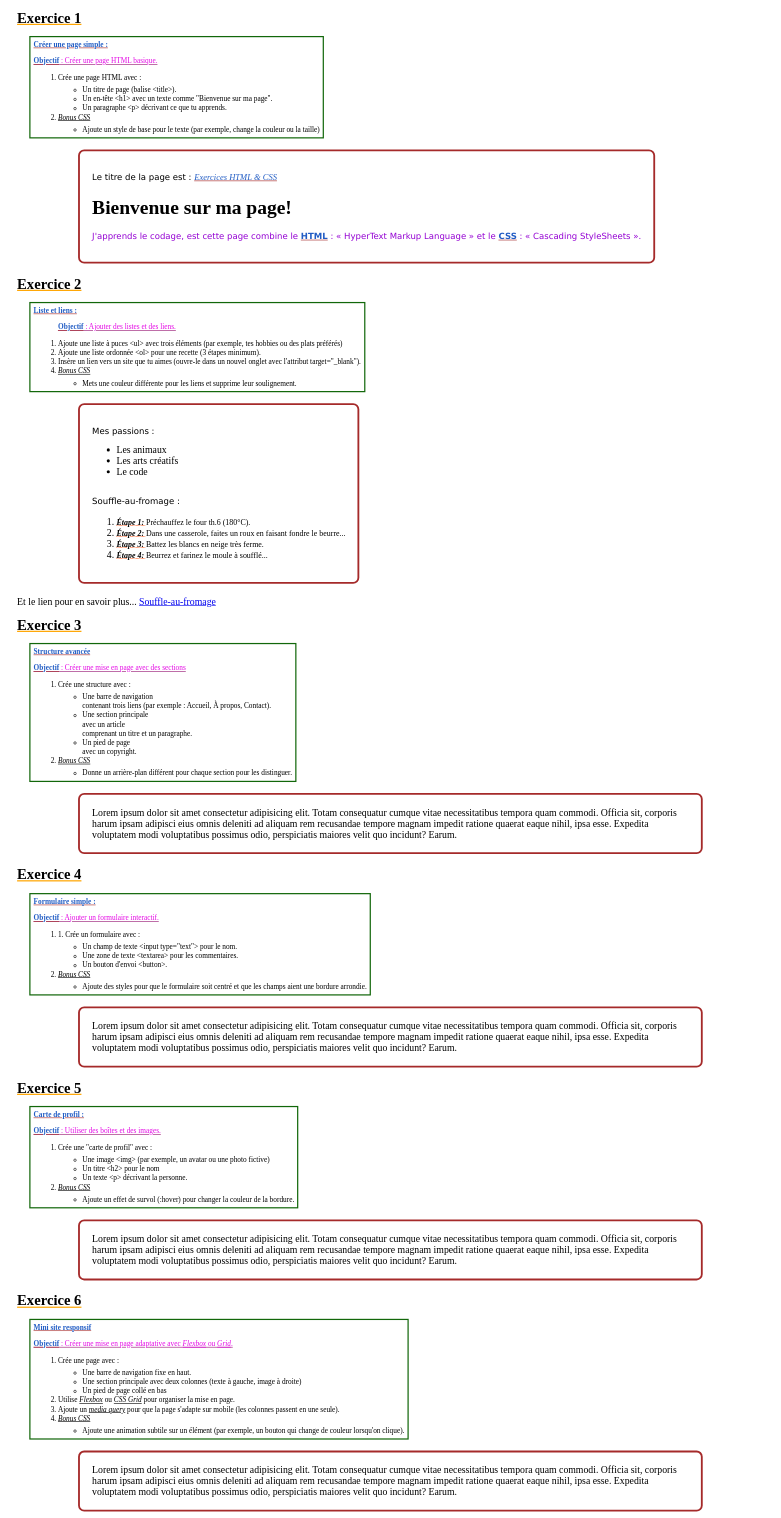
Repository: AnnaSpirit/Mimo_App
Page: Exercices_HTML&CSS.html
These files come from the project's save history. The page is drawn as it stood at one moment and after the next save; the edit follows.
The browser window is 1280 px wide. The pictures show the whole page, at 61% of full size.

Above is the page before, as saved 2024-12-08 15:53:34.

After the next save:
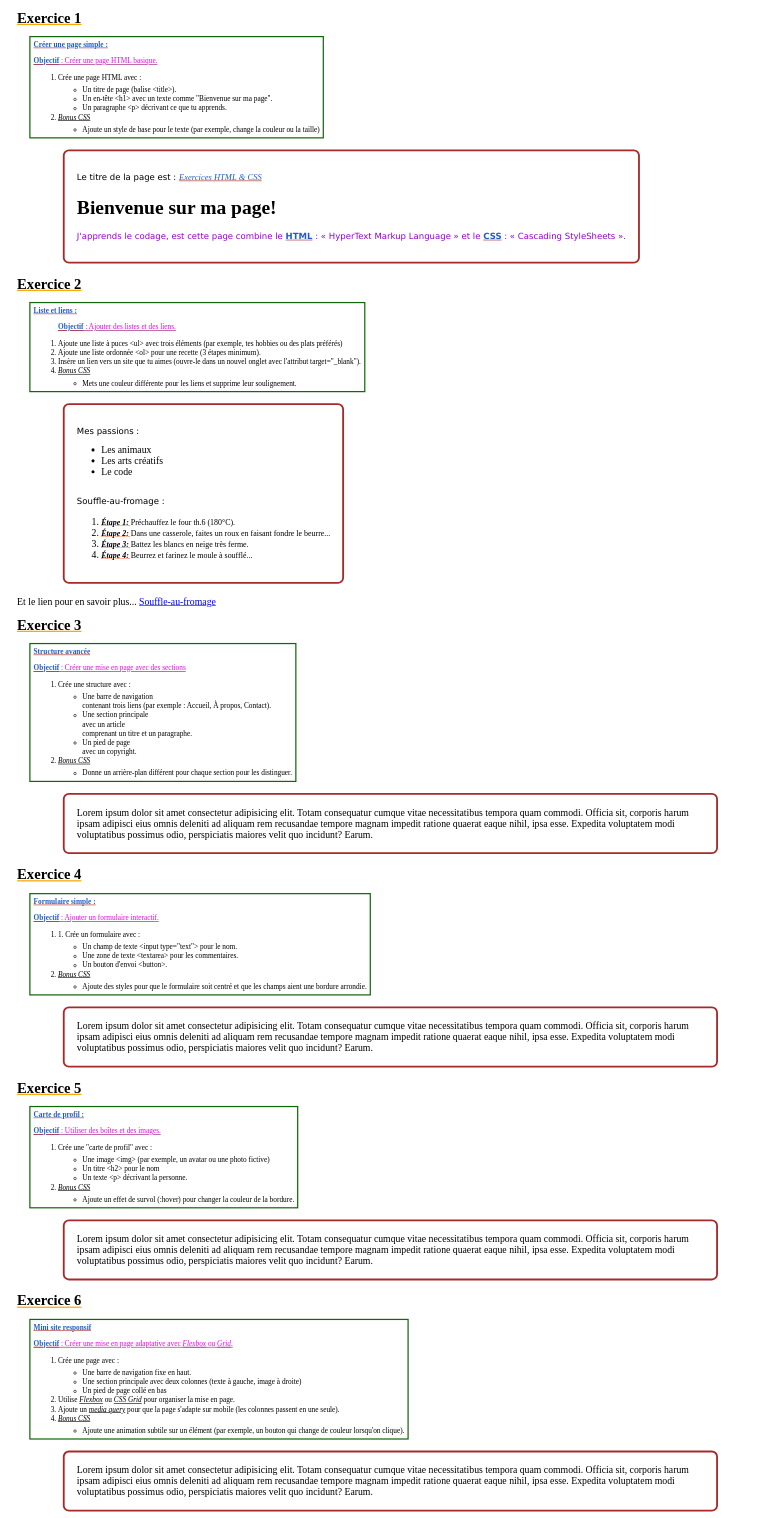
Saved 71 s later.
--- a/styleCSS.css
+++ b/styleCSS.css
@@ -46,7 +46,7 @@
     /* Coins arrondis */
     display: inline-block;
     /* S'assurer que la bordure s'adapte au texte */
-    margin: 0 100px 0 100px;
+    margin: 0 75px 0 75px;
     overflow: hidden;
     /* Empêche les enfants de déborder */
 }

After the save that followed:
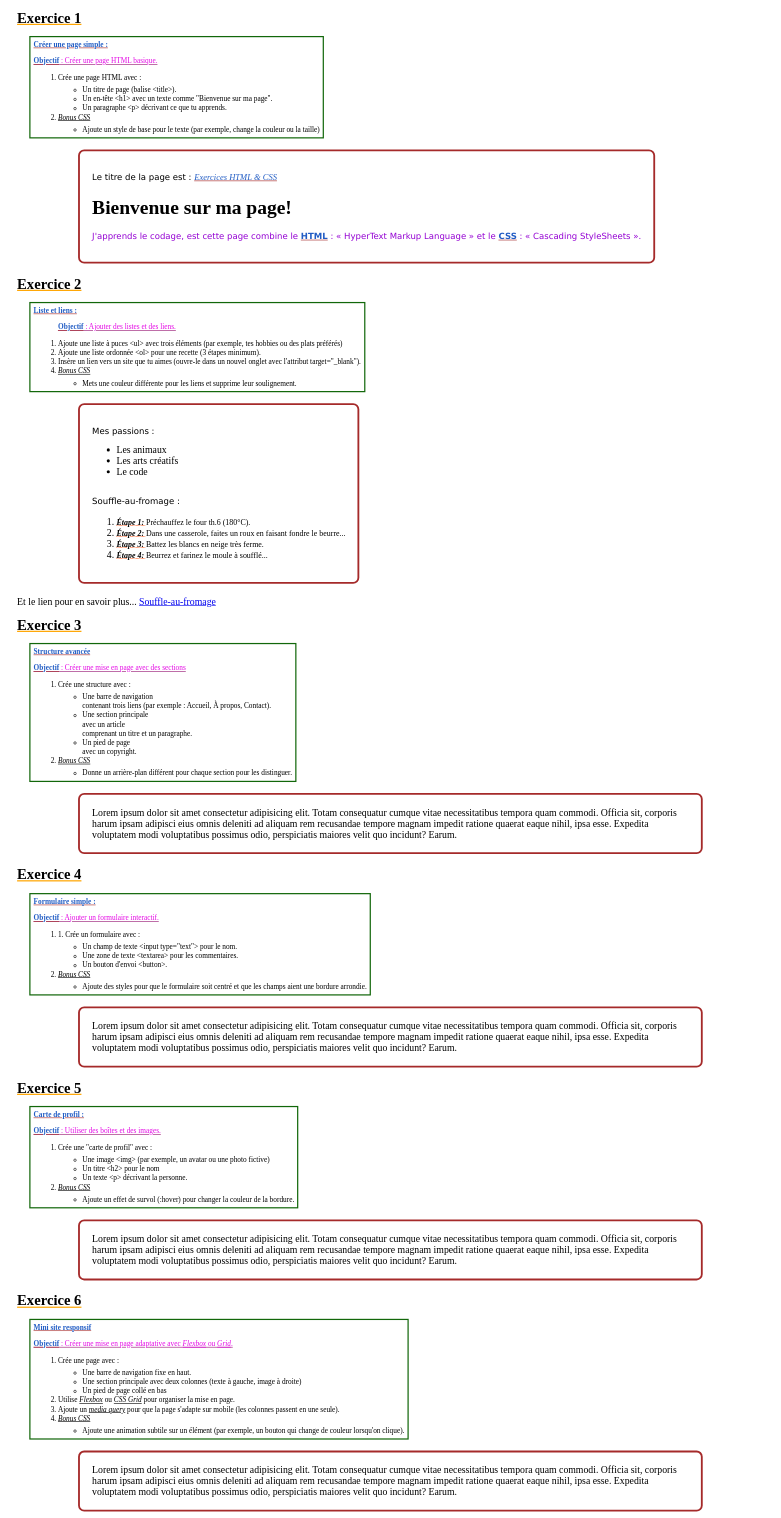
Saved 15 s later.
--- a/styleCSS.css
+++ b/styleCSS.css
@@ -46,7 +46,7 @@
     /* Coins arrondis */
     display: inline-block;
     /* S'assurer que la bordure s'adapte au texte */
-    margin: 0 75px 0 75px;
+    margin: 0 100px 0 100px;
     overflow: hidden;
     /* Empêche les enfants de déborder */
 }
